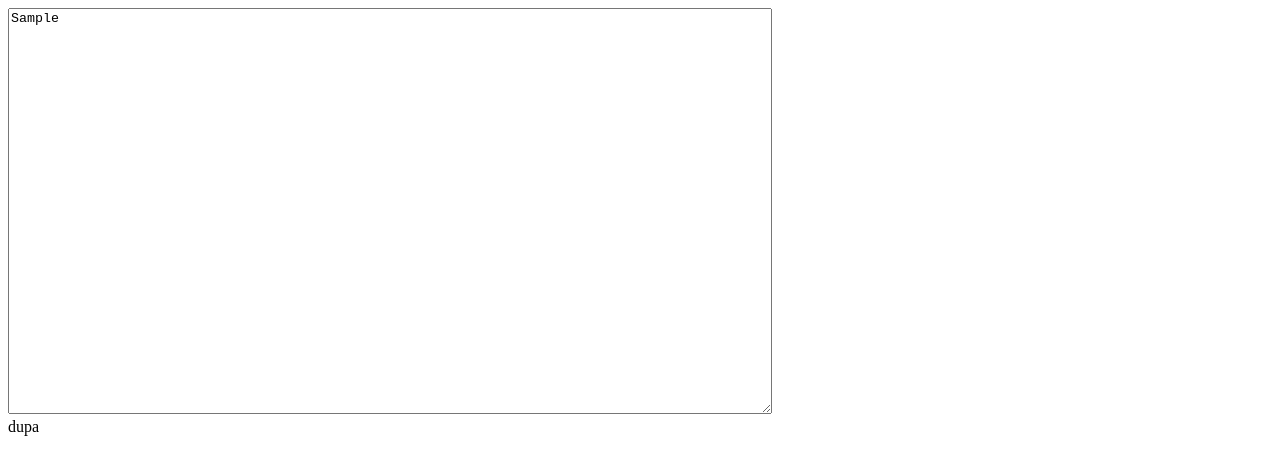
Repository: Gyeboorovsky/Playground
Page: Lettter Counter for Daniel/LetterCounter.html
An editor plug-in stored every save of this project. The page is shown before and after the next save, followed by the edit.
The browser window is 1280 px wide. The pictures show the whole page.
Empty fields were first filled with sample values (such as "Sample", 5 or name@example.com).
After loading, the first visible `#input` was changed once.

Above is the page before, as saved 2020-04-05 01:41:32.

### Lettter Counter for Daniel/LetterCounter.html
<!DOCTYPE html>
<html>
    <head>
        <link rel="stylesheet" type="text/css" href="style.css">
    </head>
    <body>
        <textarea id="input" placeholder="Wklej lub wpisz tekst tutaj Danielu, a następnie kliknij gdziekolwiek poza to okno." onchange="countLetters()"></textarea>
        <script>

            console.log("test");

            function countLetters() {
                const text = document.getElementById("input").value;
                textLength = text.length;
                var result = [...text].reduce((a, e) => { a[e] = a[e] ? a[e] + 1 : 1; return a }, {});
                console.log(result); // {h: 1, e: 1, l: 2, o: 1}
                document.getElementById("countedLetters").innerHTML = "dupa";
            }
        </script>
        <div id="countedLetters">

        </div>
    </body>
</html>

### Lettter Counter for Daniel/style.css
textarea {
    width: 60%;
    height: 400px;
}

After the next save:
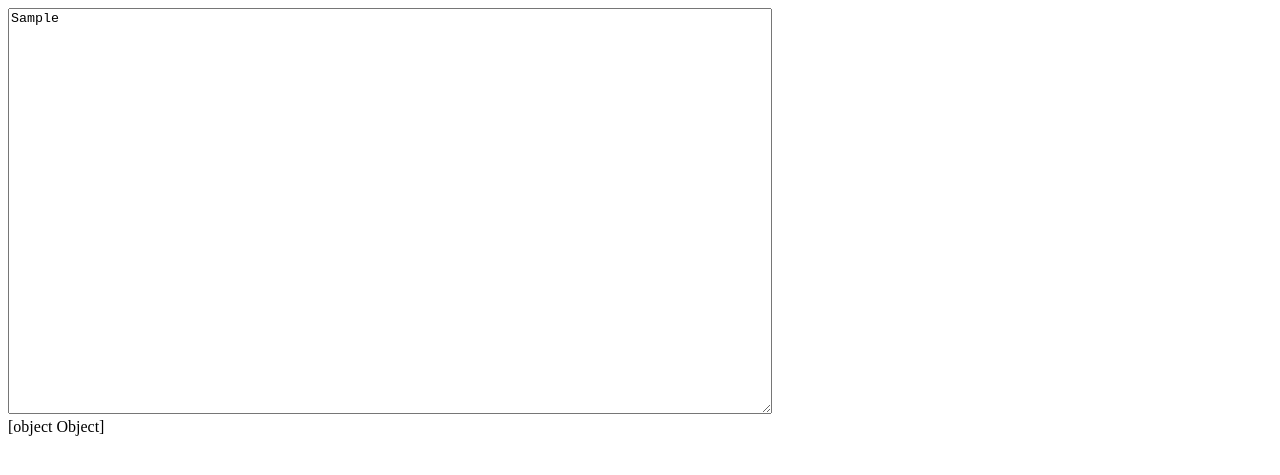
Saved 11 s later.
--- a/Lettter Counter for Daniel/LetterCounter.html
+++ b/Lettter Counter for Daniel/LetterCounter.html
@@ -14,7 +14,7 @@
                 textLength = text.length;
                 var result = [...text].reduce((a, e) => { a[e] = a[e] ? a[e] + 1 : 1; return a }, {});
                 console.log(result); // {h: 1, e: 1, l: 2, o: 1}
-                document.getElementById("countedLetters").innerHTML = "dupa";
+                document.getElementById("countedLetters").innerHTML = result;
             }
         </script>
         <div id="countedLetters">
